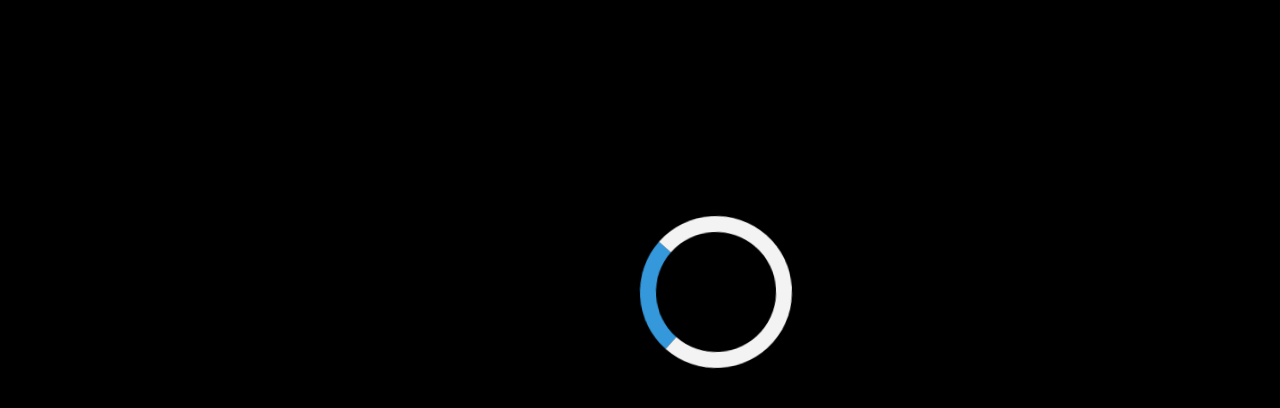
Repository: TaewookKwak/movie-app
Page: /
These files come from the project's save history. The page is drawn as it stood at one moment and after the next save; the edit follows.
The browser window is 1280 px wide. The pictures show the whole page.
The page's requests for data from a server got no answer. Some web libraries are served in a nearby version. The project was rebuilt for these pictures with package versions that can differ from the ones it lists, and the page was loaded fresh each time. No one was signed in, and anything a server would have sent is missing. Also part of the build but not shown: src/routes/Detail.module.css, src/routes/Detail.js, src/components/Movie.module.css, src/components/Movie.js.

Above is the page before, as saved 2021-12-20 18:12:33.

### public/index.html
<!DOCTYPE html>
<html lang="en">
  <head>
    <meta charset="utf-8" />
    <link rel="icon" href="%PUBLIC_URL%/favicon.ico" />
    <meta name="viewport" content="width=device-width, initial-scale=1" />
    <meta name="theme-color" content="#000000" />
    <meta
      name="description"
      content="Web site created using create-react-app"
    />
    <link rel="apple-touch-icon" href="%PUBLIC_URL%/logo192.png" />
    <!--
      manifest.json provides metadata used when your web app is installed on a
      user's mobile device or desktop. See https://developers.google.com/web/fundamentals/web-app-manifest/
    -->
    <link rel="manifest" href="%PUBLIC_URL%/manifest.json" />
    <!--
      Notice the use of %PUBLIC_URL% in the tags above.
      It will be replaced with the URL of the `public` folder during the build.
      Only files inside the `public` folder can be referenced from the HTML.

      Unlike "/favicon.ico" or "favicon.ico", "%PUBLIC_URL%/favicon.ico" will
      work correctly both with client-side routing and a non-root public URL.
      Learn how to configure a non-root public URL by running `npm run build`.
    -->
    <title>React App</title>
    <script src="https://kit.fontawesome.com/d5f40216e0.js" crossorigin="anonymous"></script>
  </head>
  <body>
    <noscript>You need to enable JavaScript to run this app.</noscript>
    <div id="root" ></div>
    <!--
      This HTML file is a template.
      If you open it directly in the browser, you will see an empty page.

      You can add webfonts, meta tags, or analytics to this file.
      The build step will place the bundled scripts into the <body> tag.

      To begin the development, run `npm start` or `yarn start`.
      To create a production bundle, use `npm run build` or `yarn build`.
    -->
  </body>
</html>

### src/App.js
// To use this, need to install => npm i react-router-dom@5.3.0
import {
  BrowserRouter as Router,
  Switch,
  Route,
  Link
} from "react-router-dom"
import Detail from './routes/Detail';
import Home from './routes/Home';
import './App.css';
function App() {
  return (
    <Router>
    <Switch>
      <Route path="/movie/:id">
        <Detail />
      </Route>
      <Route path="/">
        <Home />
      </Route>
    </Switch>
  </Router>
  );
}

export default App;

### src/routes/Home.js
import { useEffect, useState } from 'react';
import Movie from '../components/Movie';
import styles from './Home.module.css';

function Home() {
    const [loading, setLoading] = useState(true);
    const [movies, setMovies] = useState([]);
    useEffect(() => {
      fetch(
        'https://yts.mx/api/v2/list_movies.json?minimum_rating=9&sort_by=year23.'
        )
        .then((response) => response.json())
        .then((json) => {
          setMovies(json.data.movies);
          setLoading(false);
        });
    }, [])
    console.log(movies);
    return (
      <div>
        {loading?
         <div className={styles.loader}></div>
         :
         <div>
           {movies.map((movie) => (
             <Movie
             key={movie.id}
             id ={movie.id}
             converImg = {movie.medium_cover_image}
             title ={movie.title}
             summary={movie.summary}
             genres={movie.genres}
             rating={movie.rating}
             />

           ))}
           </div>
           }
      </div>
    );
  }

  export default Home;

### src/App.css
@font-face {
    font-family: "Frank Ruhl Libre";
    src: url("./font/FrankRuhlLibre-Regular.ttf");
  }

body{
    margin: 0;
    font-family: "Frank Ruhl Libre";
    display: flex;
    background-color: black;
    color: white;
}

h2{
    margin: 0;
}

div {
    display: flex;
    flex-wrap: wrap;
    justify-content: center;
}

### src/routes/Home.module.css
.loader {
    position: absolute;
    top :30%;
    left :50%;
    border: 16px solid #f3f3f3; /* Light grey */
    border-top: 16px solid #3498db; /* Blue */
    border-radius: 50%;
    width: 120px;
    height: 120px;
    animation: spin 2s linear infinite;
  }

  @keyframes spin {
    0% { transform: rotate(0deg); }
    100% { transform: rotate(360deg); }
  }

Loaded but not shown: src/index.js (common file)

After the next save:
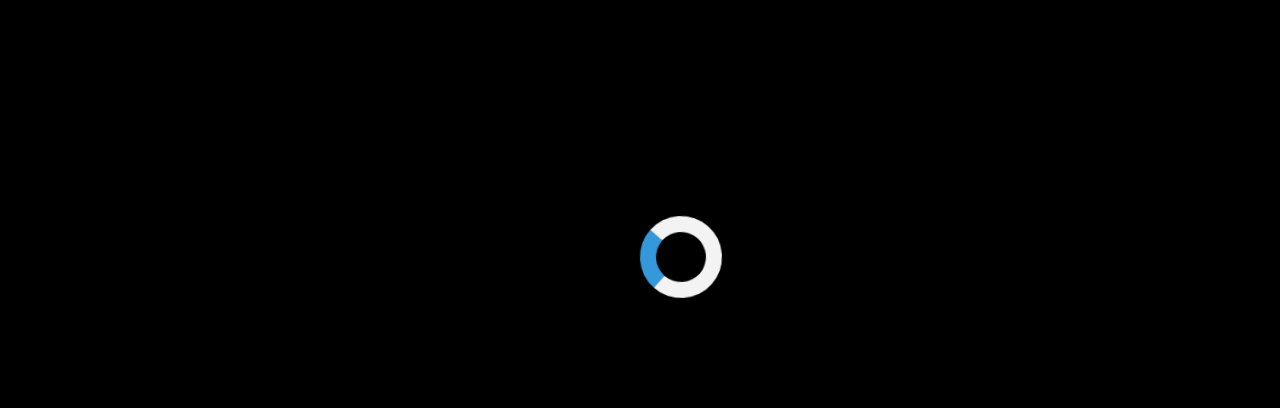
Saved 8 s later.
--- a/src/routes/Home.module.css
+++ b/src/routes/Home.module.css
@@ -5,8 +5,8 @@
     border: 16px solid #f3f3f3; /* Light grey */
     border-top: 16px solid #3498db; /* Blue */
     border-radius: 50%;
-    width: 120px;
-    height: 120px;
+    width: 50px;
+    height: 50px;
     animation: spin 2s linear infinite;
   }
 
